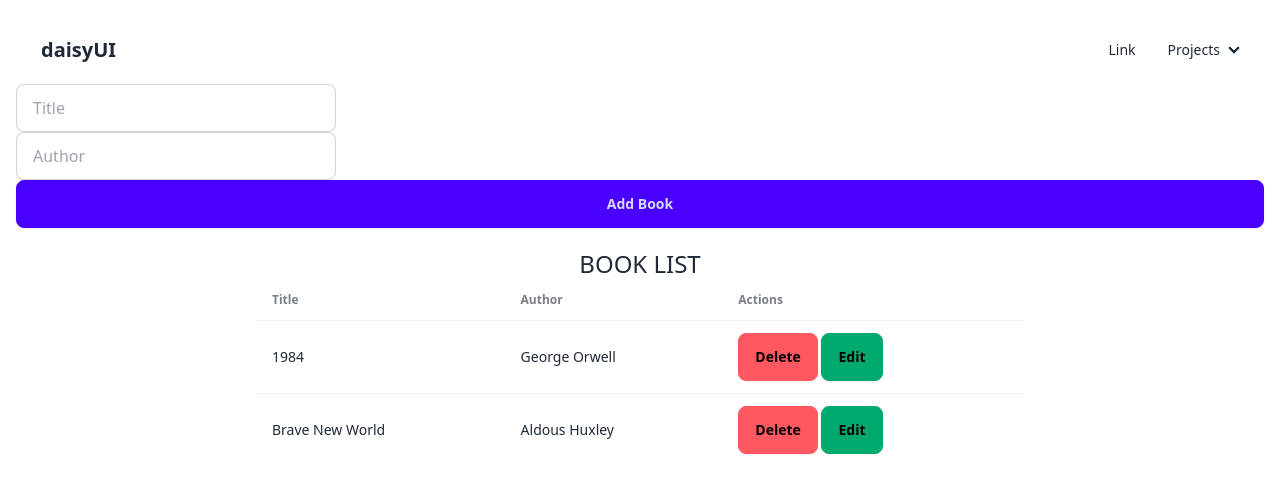
Repository: sibi24sibi/Crud-app-svelte
Page: /
These files come from the project's save history. The page is drawn as it stood at one moment and after the next save; the edit follows.
The browser window is 1280 px wide. The pictures show the whole page.
The project was rebuilt for these pictures with package versions that can differ from the ones it lists, and the page was loaded fresh each time. Also part of the build but not shown: svelte.config.js, vite.config.js.

Above is the page before, as saved 2024-06-30 19:06:33.

### index.html
<!doctype html>
<html lang="en" data-theme="light">
  <head>
    <meta charset="UTF-8" />
    <link rel="icon" type="image/svg+xml" href="/vite.svg" />
    <meta name="viewport" content="width=device-width, initial-scale=1.0" />
    <title>Vite + Svelte</title>
  </head>
  <body>
    <div id="app"></div>
    <script type="module" src="/src/main.js"></script>
  </body>
</html>

### src/App.svelte
<script>
  import Navbar from "./Components/Navbar.svelte";

  import AddBook from "./Components/AddBook.svelte";
  import BookList from "./Components/BookList.svelte";
</script>

<main>
  <Navbar />

  <AddBook />
  <BookList />
</main>

<style>
  main {
    text-align: center;
    padding: 1em;
    margin: 0 auto;
  }
</style>

### src/Components/Navbar.svelte
<script></script>

<body>
  <div class="navbar bg-base-100">
    <div class="flex-1">
      <a class="btn btn-ghost text-xl">daisyUI</a>
    </div>
    <div class="flex-none">
      <ul class="menu menu-horizontal px-1">
        <li><a>Link</a></li>
        <li>
          <details>
            <summary>Projects</summary>
            <ul class="bg-base-100 rounded-t-none p-2">
              <li><a>Video player</a></li>
              <li><a>data entry</a></li>
            </ul>
          </details>
        </li>
      </ul>
    </div>
  </div>
</body>

<style>
</style>

### src/Components/AddBook.svelte
<script>
  import { books } from "./BookStore.js";
  let title = "";
  let author = "";

  function addBook() {
    books.update((items) => [
      ...items,
      { id: items.length ? items[items.length - 1].id + 1 : 1, title, author },
    ]);
    title = "";
    author = "";
  }
</script>

<div class="flex flex-col">
  <input
    placeholder="Title"
    class="input input-bordered w-full max-w-xs"
    bind:value={title}
  />
  <input
    placeholder="Author"
    class="input input-bordered w-full max-w-xs"
    bind:value={author}
  />
  <button class="btn btn-primary" {addBook}>Add Book</button>
</div>

### src/Components/BookList.svelte
<script>
  import { books } from "./BookStore.js";
  let editableBook = null;

  function deleteBook(id) {
    books.update((items) => items.filter((item) => item.id !== id));
  }

  function editBook(book) {
    editableBook = { ...book };
  }

  function saveEdit() {
    books.update((items) =>
      items.map((item) => (item.id === editableBook.id ? editableBook : item))
    );
    editableBook = null;
  }
</script>

<div class="overflow-x-auto max-w-3xl mx-auto my-5">
  <h1 class="text-2xl uppercase">Book List</h1>
  <table class="table">
    <thead>
      <tr>
        <th>Title</th>
        <th>Author</th>
        <th>Actions</th>
      </tr>
    </thead>
    <tbody>
      {#each $books as book}
        <tr>
          {#if editableBook && editableBook.id === book.id}
            <td
              ><input
                class="input input-bordered"
                bind:value={editableBook.title}
              /></td
            >

            <td>
              <input
                class="input input-bordered"
                bind:value={editableBook.author}
              /></td
            >
            <td>
              <button class="btn btn-primary" on:click={saveEdit}>Save</button
              ></td
            >
          {:else}
            <td>{book.title} </td> <td> {book.author} </td>
            <td
              ><button
                class="btn btn-error"
                on:click={() => deleteBook(book.id)}>Delete</button
              >
              <button class="btn btn-success" on:click={() => editBook(book)}
                >Edit</button
              ></td
            >
          {/if}
        </tr>
      {/each}
    </tbody>
  </table>
</div>

### src/Components/BookStore.js
import { writable } from "svelte/store";

export const books = writable([
  { id: 1, title: "1984", author: "George Orwell" },
  { id: 2, title: "Brave New World", author: "Aldous Huxley" },
]);

### tailwind.config.js
/** @type {import('tailwindcss').Config} */
export default {
  content: ["./index.html", "./src/**/*.{svelte,js,ts,jsx,tsx}"],
  theme: {
    extend: {},
  },
  plugins: [require("daisyui")],
};

Loaded but not shown: src/main.js (common file); src/app.css (common file)

After the next save:
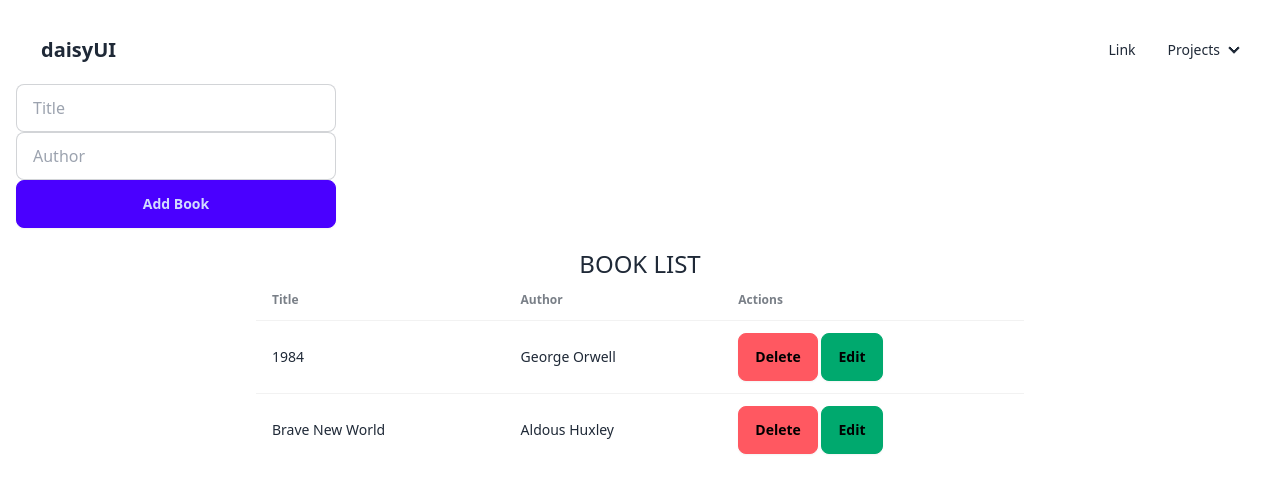
Saved 10 s later.
--- a/src/Components/AddBook.svelte
+++ b/src/Components/AddBook.svelte
@@ -24,5 +24,5 @@
     class="input input-bordered w-full max-w-xs"
     bind:value={author}
   />
-  <button class="btn btn-primary" {addBook}>Add Book</button>
+  <button class="btn btn-primary max-w-xs" {addBook}>Add Book</button>
 </div>
